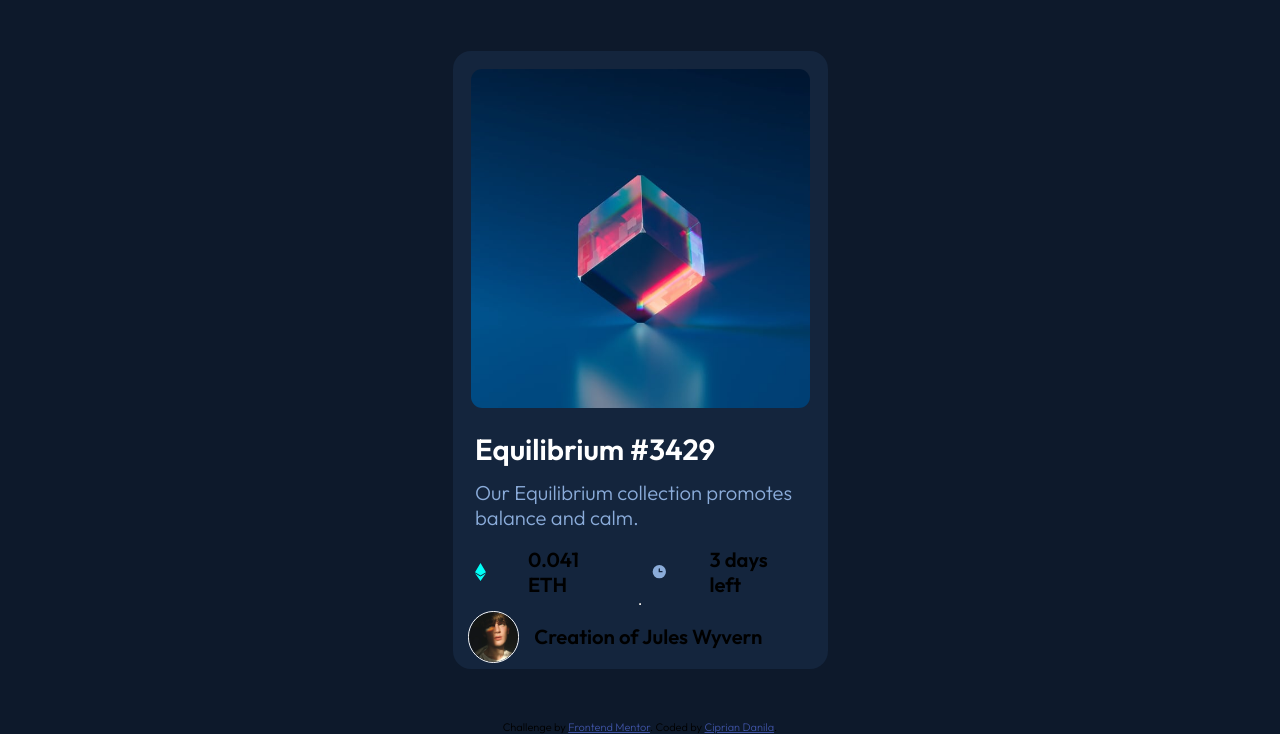
Repository: cipdanila/NFT-preview-card-component
Page: index.html
The author's editor kept a copy of each file at every save. The page is drawn from the files as they stood at one save, then again after the next save.
The browser window is 1280 px wide. The pictures show the whole page.

Above is the page before, as saved 2024-01-31 15:45:39.

### index.html
<!DOCTYPE html>
<html lang="en">
    <head>
        <meta charset="UTF-8" />
        <meta name="viewport" content="width=device-width, initial-scale=1.0" />
        <!-- displays site properly based on user's device -->

        <link rel="icon" type="image/png" sizes="32x32" href="./images/favicon-32x32.png" />
        <link rel="stylesheet" href="style.css" />
        <title>Frontend Mentor | NFT preview card component</title>
    </head>
    <body>
        <main>
            <div class="card">
                <div class="image-card">
                    <img src="/images/image-equilibrium.jpg" alt="cube-equilibrium" />
                </div>
                <div class="text-card">
                    <h1 id="title">Equilibrium #3429</h1>
                    <p id="description">Our Equilibrium collection promotes balance and calm.</p>
                    <div class="time">
                        <img src="/images/icon-ethereum.svg" alt="ethereum" />
                        <p class="ethereum">0.041 ETH</p>
                        <img src="/images/icon-clock.svg" alt="clock" />
                        <p class="clock">3 days left</p>
                    </div>
                </div>
                <hr />
                <div class="owner">
                    <img src="/images/image-avatar.png" alt="avatar" />
                    <p>Creation of <span>Jules Wyvern</span></p>
                </div>
            </div>
        </main>

        <footer>
            <div class="attribution">
                Challenge by
                <a
                    href="https://www.frontendmentor.io/challenges/nft-preview-card-component-SbdUL_w0U"
                    target="_blank"
                    rel="noopener noreferer"
                    >Frontend Mentor</a
                >. Coded by <a href="https://github.com/cipdanila" target="_blank" rel="noopener noreferer">Ciprian Danila</a>.
            </div>
        </footer>
    </body>
</html>

### style.css
@import url("https://fonts.googleapis.com/css2?family=Outfit:wght@300;400;600&display=swap");

:root {
    /* Colors */
    /* Primary */
    --soft-blue: hsl(215, 51%, 70%); /* paragraph */
    --cyan: hsl(178, 100%, 50%); /* active states */
    /* Neutrals */
    --very-dark-blue-main: hsl(217, 54%, 11%); /* main background */
    --very-dark-blue-card: hsl(216, 50%, 16%); /* card background */
    --very-dark-blue-line: hsl(215, 32%, 27%); /* hr line */
    --white: hsl(0, 0%, 100%); /* title */
}

*, *::after, *::before {
    box-sizing: border-box;
    margin: 0;
    padding: 0;
}

body, html {
    height: 100%;
    font-family: "Outfit", sans-serif;
    font-size: 1.125rem;
    font-weight: 300;
    background-color: var(--very-dark-blue-main);
}

main {
    display: flex;
    justify-content: center;
    align-items: center;
    height: 100%;
}

.card {
    max-width: 375px;
    border-radius: 1rem;
    box-shadow: 0.5rem 0.5rem rgb(rgb(12, 23, 41));
    display: flex;
    flex-direction: column;
    justify-content: center;
    align-items: center;
    background-color: var(--very-dark-blue-card);
}

.image-card {
    text-align: center;
    padding: 1rem;
}

.image-card img {
    max-width: 100%;
    height: auto;
    border-radius: 0.625rem;
}

.text-card {
    padding: 0 1.25rem;
}


#title {
    color: var(--white);
    font-weight: 600;
    font-size: 1.625rem;
}

#description {
    color: var(--soft-blue);
    font-weight: 300;
    padding: 0.625rem 0;
}

.time {
    width: 100%;
    display: flex;
    align-items: center;
    gap: 1.5rem;
    margin: auto;
}

.time img {
    display: flex;
    flex-direction: column;
    align-items: flex-start;
    margin: 0 auto;
    padding: 0;
    width: fit-content;
}

.time p {
    display: inline-block;
    margin: 5px;
    padding: 1px 10px;
    font-weight: 800;
}

.owner {
    width: auto;
    display: flex;
    align-items: center;
    margin: 5px;
    padding: 1px 10px;
}

.owner img {
    width: 15%;
    border: 1px solid var(--white);
    border-radius: 50%;
}

.owner p {
    display: inline-block;
    margin: 5px;
    padding: 1px 10px;
    font-weight: 800;
}

.attribution {
    font-size: 11px;
    text-align: center;
}
.attribution a {
    color: hsl(228, 45%, 44%);
}

After the next save:
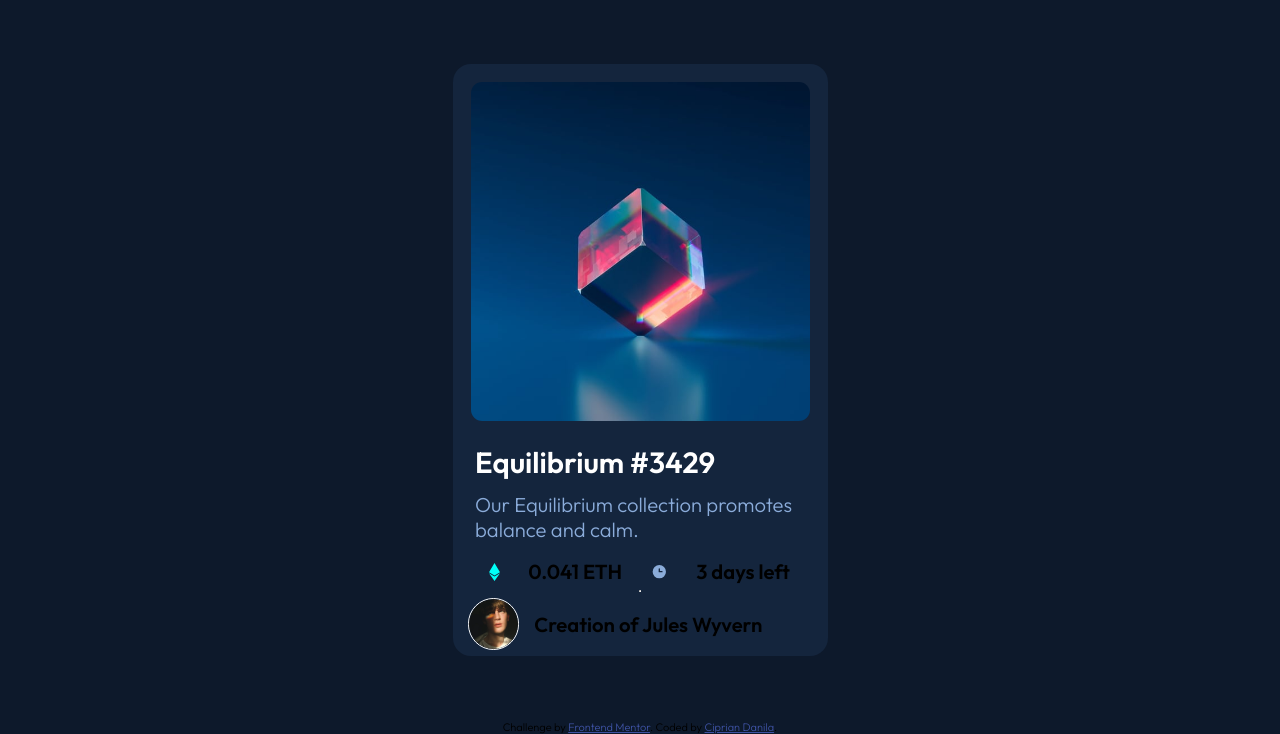
Saved 40 s later.
--- a/style.css
+++ b/style.css
@@ -76,7 +76,7 @@
     width: 100%;
     display: flex;
     align-items: center;
-    gap: 1.5rem;
+    /* gap: 1.5rem; */
     margin: auto;
 }
 
